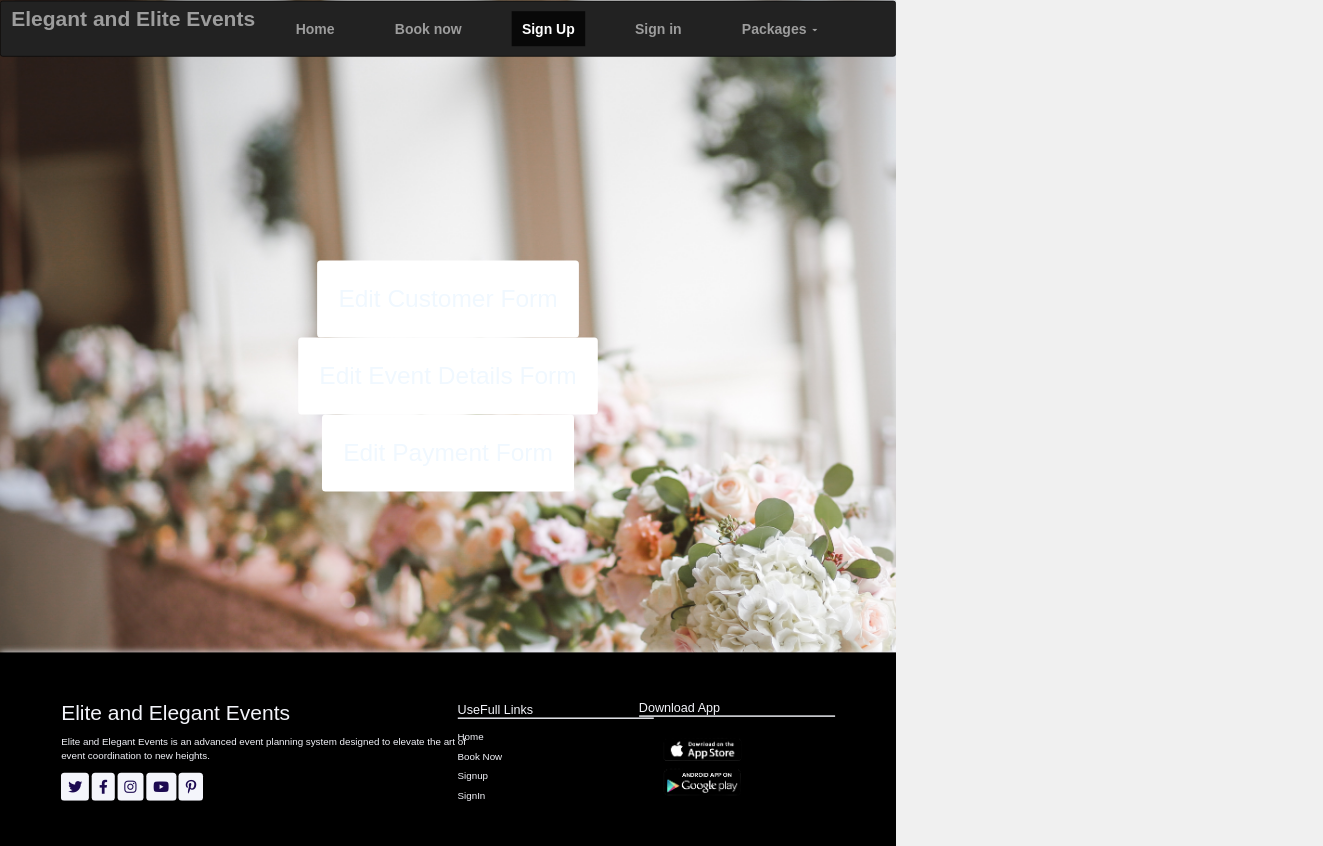
Repository: it22272690/Event-Planning-System
Page: http://localhost/PaymentDemo/useraccount.jsp
The author's editor kept a copy of each file at every save. The page is drawn from the files as they stood at one save, then again after the next save.
The browser window is 1280 px wide. The page is 1280 px wide, then 1890 px, so the pictures cover 1890 px, including what lies to the right of the window. The pictures show the part of the page from y = 0 to 1280 px (the page is 1209 px tall before and 5987 px after), at 70% of full size.
Some web fonts or font styles are not loaded; a fallback is used. The page is served by Tomcat 10.

Above is the page before, as saved 2023-10-24 09:11:01.

After the next save:
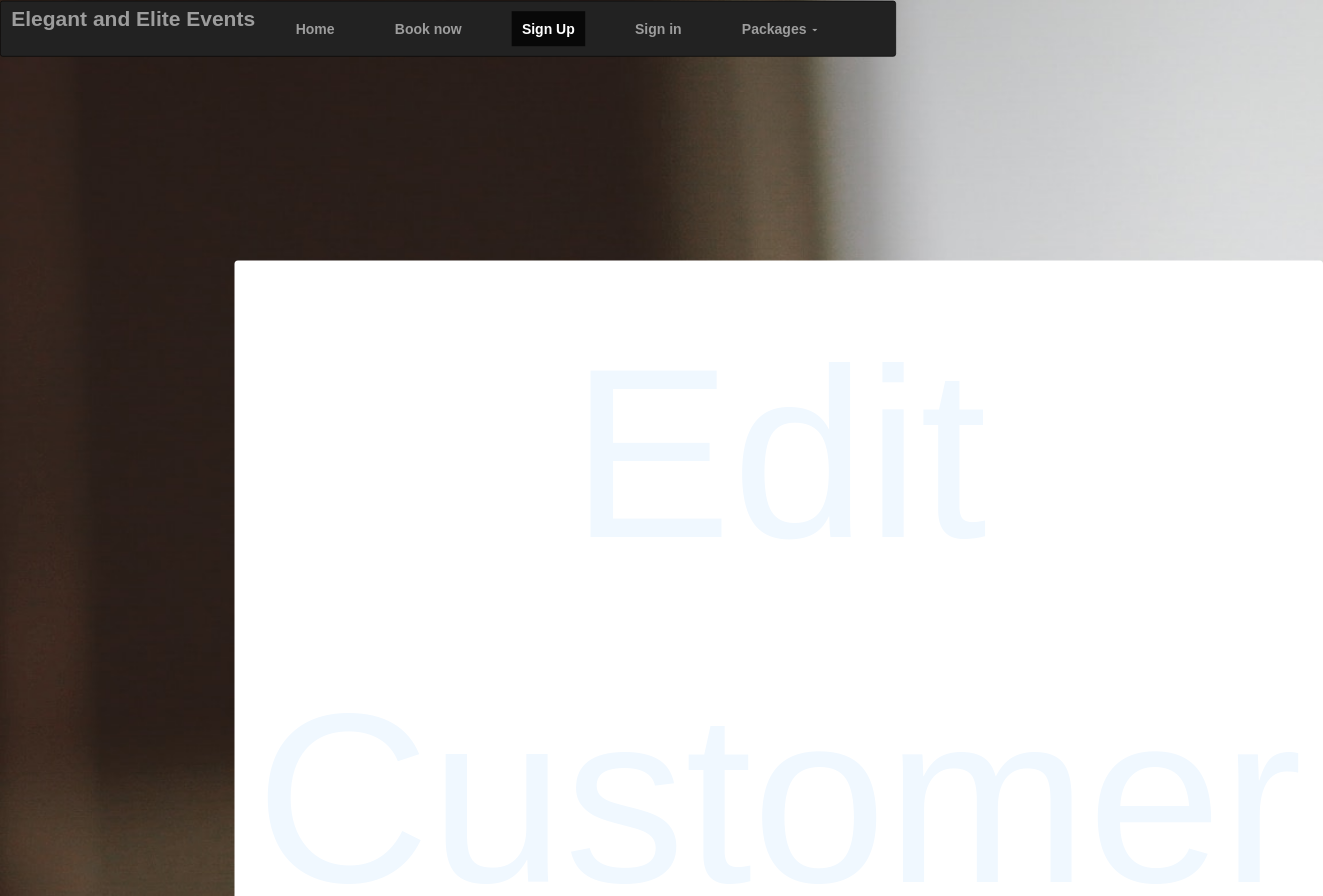
Saved 14 s later.
--- a/PaymentDemo/src/main/webapp/css/useraccount.css
+++ b/PaymentDemo/src/main/webapp/css/useraccount.css
@@ -25,7 +25,7 @@ h1 {
 	color:aliceblue;
     text-align: center;
     margin: 30px;
-    font-size: 35px;
+    font-size: 345px;
 }
 
 button {
